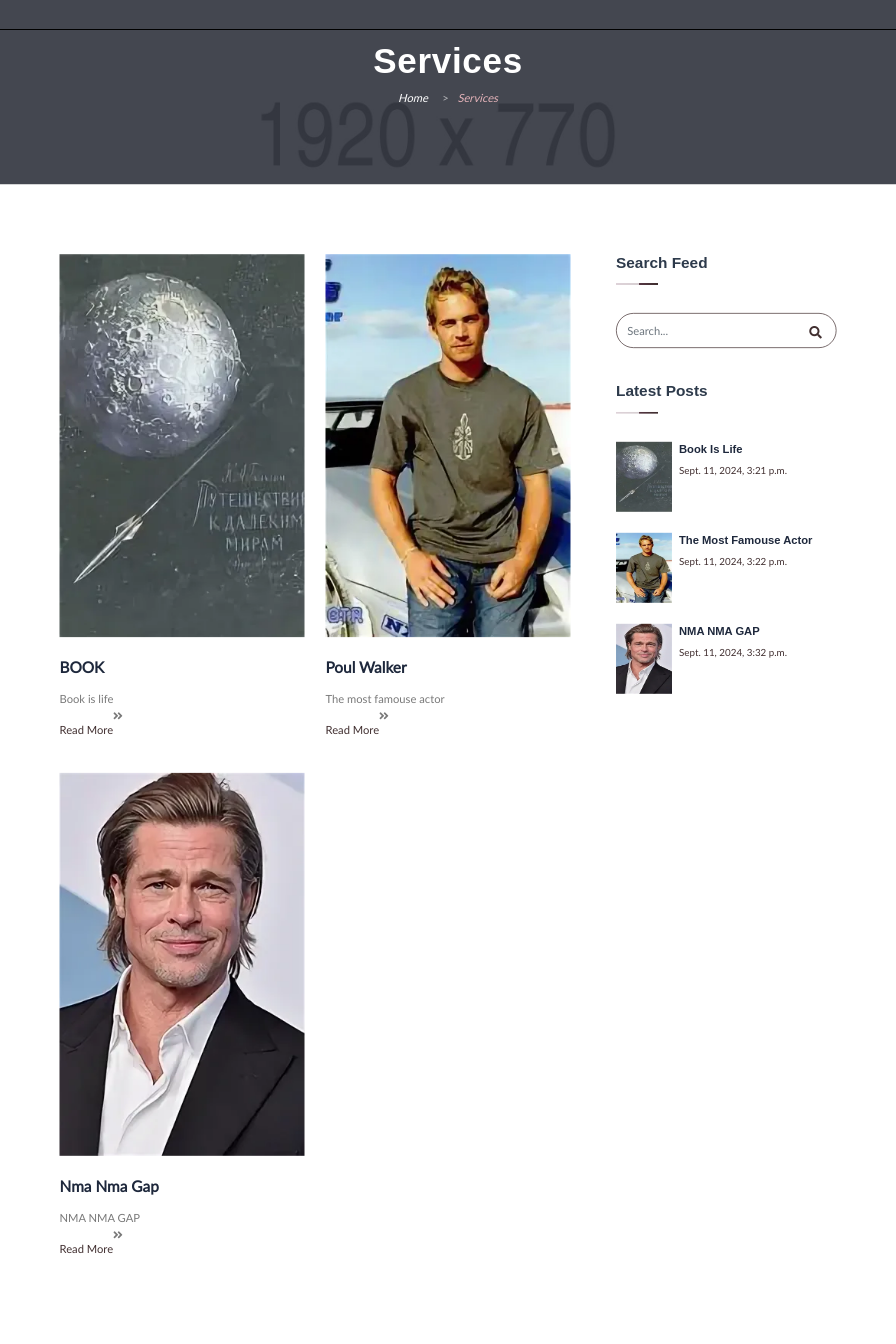
Repository: maqsudov0371/vazifa7oy10dars
Page: http://localhost/service/
The author's editor kept a copy of each file at every save. The page is drawn from the files as they stood at one save, then again after a run of saves.
The browser window is 1280 px wide. The pictures show the part of the page from y = 323 to 2243 px (the page is 3012 px tall), at 70% of full size.
Some web fonts or font styles are not loaded; a fallback is used. The page is served by the project's application, run on Django 4.2 (manage.py). The page reads the database file committed with the project. Queries for data that is not in the repository find no rows.

Above is the page before, as saved 2024-09-11 15:29:58.
Console error: TypeError: Cannot read properties of undefined (reading 'left')

After the next 3 saves:
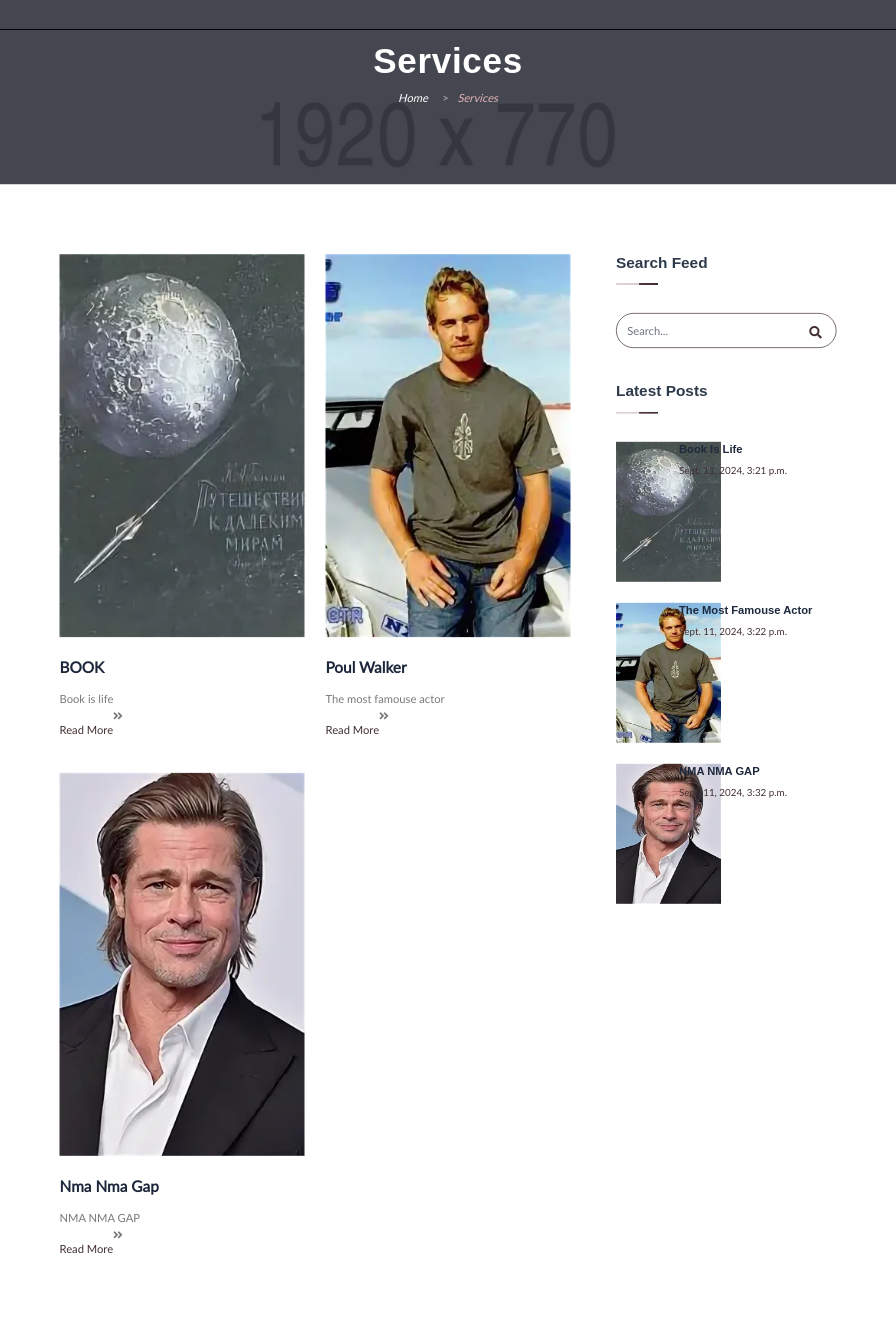
The 3 saves are shown as one change because they came seconds apart.
The last was saved 19 s later.
--- a/main/templates/main/service.html
+++ b/main/templates/main/service.html
@@ -80,7 +80,7 @@
                         {% for last in services %}
                             <div class="blog_wrapper22 float_left">
                                 <div class="blog_image">
-                                    <img src="{{ last.image.url }}" class="img-responsive" alt="blog_img1" style="height: 100px; width: 80px;" />
+                                    <img src="{{ last.image.url }}" class="img-responsive" alt="blog_img1" style="height: 200px; width: 150px;" />
                                 </div>
                                 <div class="blog_text">
                                     <h5><a href="#">{{ last.content }}</a></h5>

After the 2 saves that followed:
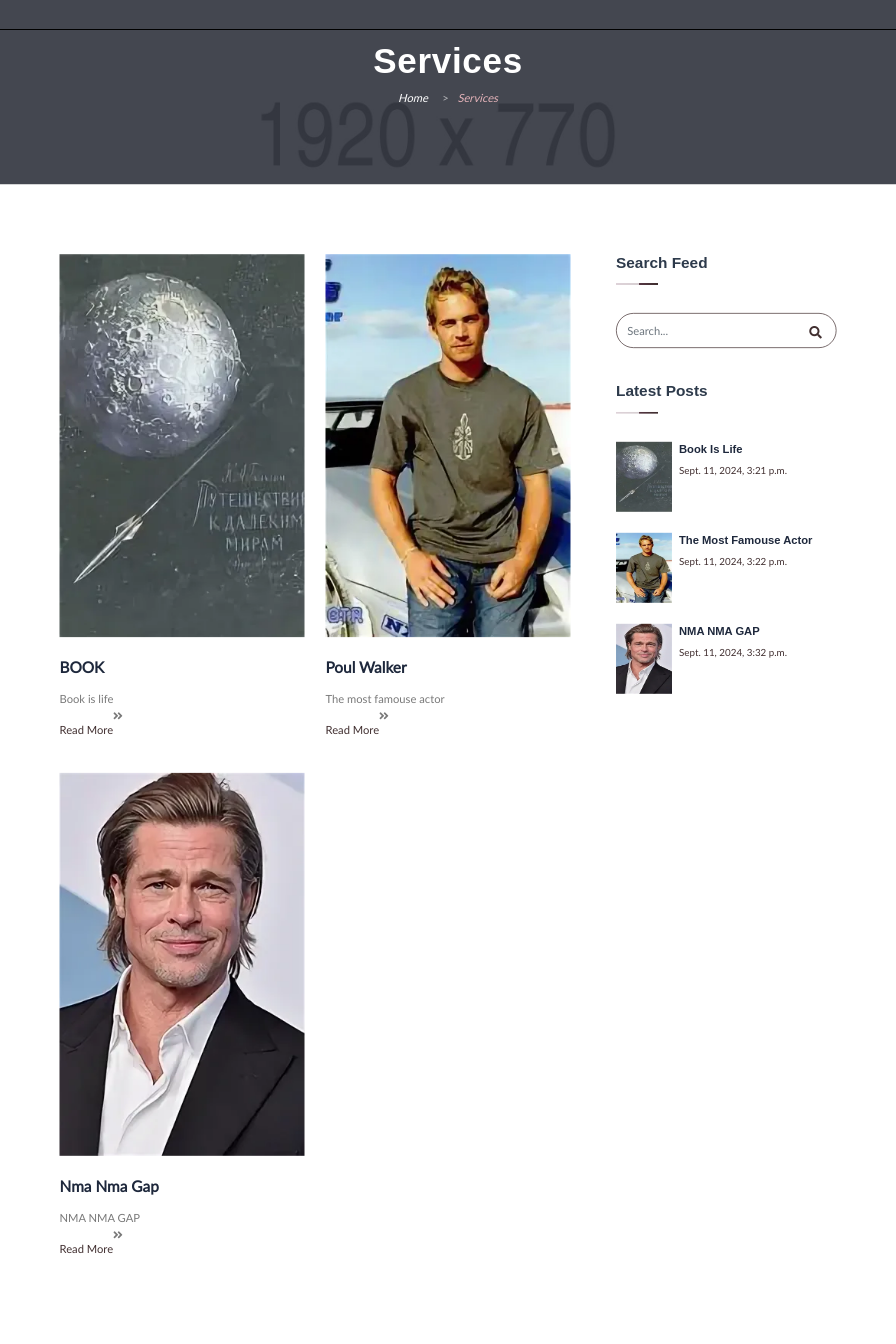
The 2 saves are shown as one change because they came seconds apart.
The last was saved 14 s later.
--- a/main/templates/main/service.html
+++ b/main/templates/main/service.html
@@ -80,7 +80,7 @@
                         {% for last in services %}
                             <div class="blog_wrapper22 float_left">
                                 <div class="blog_image">
-                                    <img src="{{ last.image.url }}" class="img-responsive" alt="blog_img1" style="height: 200px; width: 150px;" />
+                                    <img src="{{ last.image.url }}" class="img-responsive" alt="blog_img1" style="height: 100px; width: 80px;" />
                                 </div>
                                 <div class="blog_text">
                                     <h5><a href="#">{{ last.content }}</a></h5>
